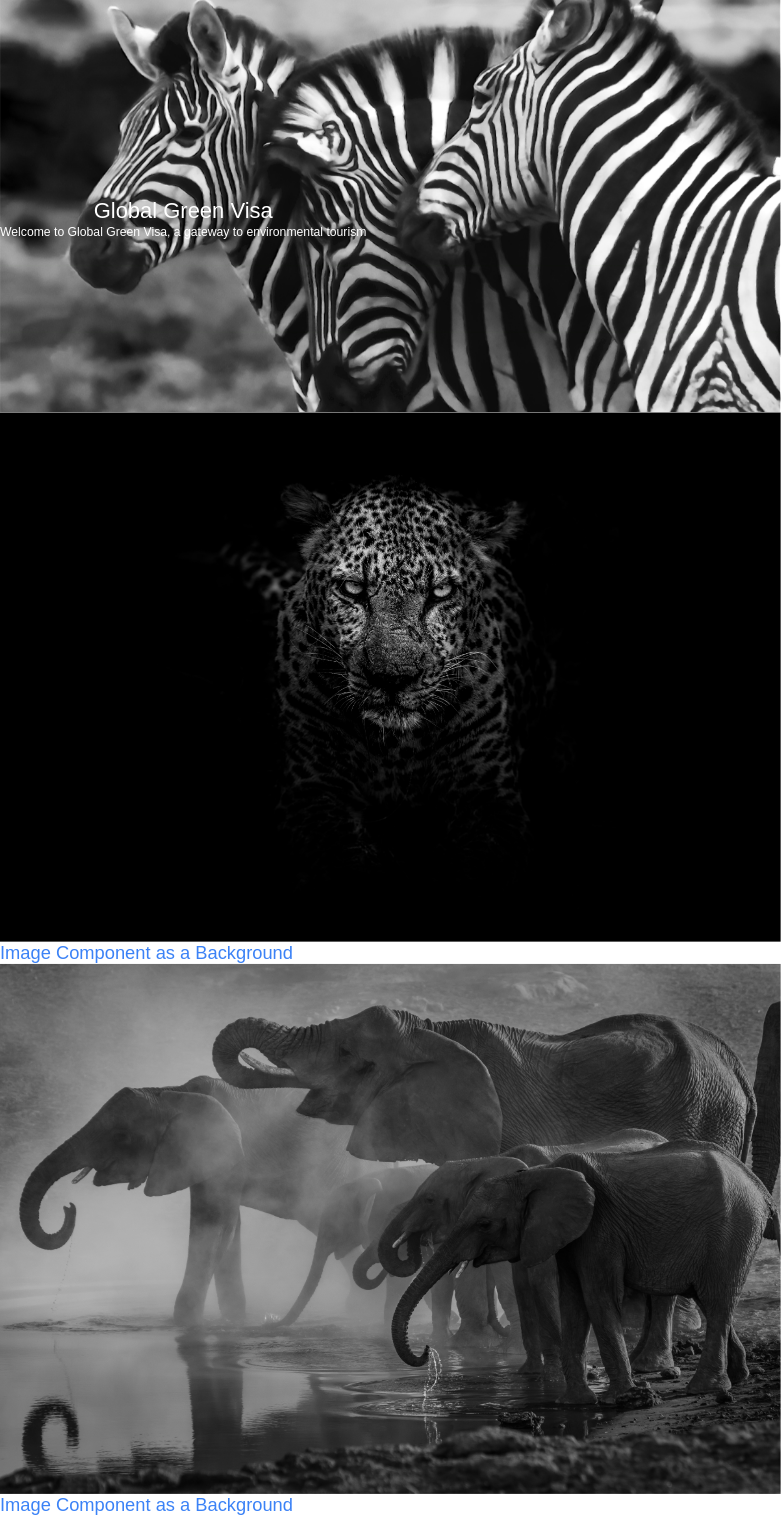
Repository: BrightonMboya/ggv-landingPage
Page: /
The author's editor kept a copy of each file at every save. The page is drawn from the files as they stood at one save, then again after the next save.
The browser window is 1280 px wide. The pictures show the whole page, at 61% of full size.
The project was rebuilt for these pictures with package versions that can differ from the ones it lists, and the page was loaded fresh each time. The framework's server and built-in components were replaced by stand-ins that run in the browser. Also part of the build but not shown: next.config.js.

Above is the page before, as saved 2022-06-13 20:05:22.

### pages/index.js
import React from "react";
import styles from "../styles/Home.module.css";
import HomePage from "./HomePage";
import AboutUs from "./AboutUs";
import Contactus from "./Contactus";

// const index = () => {
//   return (
//     <React.Fragment>
//       <div className={`${styles.global} ${styles.container}`}>
//         <section className={`${styles.section}`}>
//           <HomePage />
//         </section>
//         <section className={`${styles.section}`}>
//           <AboutUs />
//         </section>
//         <section className={`${styles.section} ${styles.three}`}>
//           <Contactus />
//         </section>
//       </div>
//     </React.Fragment>
//   );
// };

const index = () => {
  return (
    <React.Fragment>
      <div className={styles.global}>
        <div className={styles.container}>
          <section className={styles.section}>
            <HomePage />
          </section>
          <section className={styles.section}>
            <AboutUs />
          </section>
          <section className={styles.section}>
            <Contactus />
          </section>
        </div>
      </div>
    </React.Fragment>
  );
};

export default index;

### styles/Home.module.css
.global {
  margin: 0;
  padding: 0;
  box-sizing: border-box;
  font-family: sans-serif;
  /* border: 2px solid yellow; */
}
.section {
  /* height: 100vh; */
  display: flex;
  justify-content: center;
  align-items: center;
  scroll-snap-align: start;
}

.container {
  scroll-snap-type: y mandatory;
  overflow-y: scroll;
  /* height: 100vh; */
  /* border: 2px solid red; */
}

.bgWrap {
  /* position: fixed; */
  /* height: 100vh; */
  /* min-height: 80vh; */
  width: 100vw;
  overflow: hidden;
  z-index: -1;
  background-size: cover;
  -webkit-background-size: cover;
  -moz-background-size: cover;
  -moz-background-size: cover;
  background: center no-repeat;
}

.bg {
  max-width: 100%;
  position: relative;
}

/* @media and (max-width: 480px) {
} */

### pages/HomePage.js
import React from "react";
import styles from "../styles/Home.module.css";
import Image from "next/image";

const HomePage = () => {
  return (
    <div>
      <div className={`${styles.bgWrap} ${styles.bg}`}>
        <Image
          src="/home.jpg"
          layout="responsive"
          width={900}
          height={475}
          objectFit="cover"
          quality={100}
        />
      </div>

      <div className="flex flex-col items-center justify-center absolute top-0 left-0 min-h-[100vh]">
        <h2 className="text-white text-4xl">Global Green Visa</h2>
        <p className="text-white text-xl text-center">
          Welcome to Global Green Visa, a gateway to environmental tourism
        </p>
      </div>
    </div>
  );
};

export default HomePage;

### pages/AboutUs.js
import Image from "next/image";
import styles from "../styles/Home.module.css";
// import home from "./assets/home.jpg";

const AboutUs = () => {
  return (
    <div>
      <div className={styles.bgWrap}>
        <Image
          src="/about.jpg"
          layout="responsive"
          // objectFit="cover"
          quality={100}
          width={700}
          height={475}
        />
      </div>
      <p className="text-blue-500 text-3xl">Image Component as a Background</p>
    </div>
  );
};

export default AboutUs;

### pages/Contactus.js
import React from "react";
import Image from "next/image";
import styles from "../styles/Home.module.css";

const Contactus = () => {
  return (
    <div>
      <div className={styles.bgWrap}>
        <Image
          src="/contact.jpg"
          layout="responsive"
          objectFit="cover"
          quality={100}
          width={700}
          height={475}
        />
      </div>
      <p className="text-blue-500 text-3xl">Image Component as a Background</p>
    </div>
  );
};

export default Contactus;

### tailwind.config.js
module.exports = {
  content: [
    "./pages/**/*.{js,ts,jsx,tsx}",
    "./components/**/*.{js,ts,jsx,tsx}"
  ],
  theme: {
    extend: {
      colors: {
        black: "#000107",
        slate: "#E3F1EF"
      }
    }
  },
  plugins: []
};

Loaded but not shown: pages/_app.js (common file); styles/globals.css (common file)

After the next save:
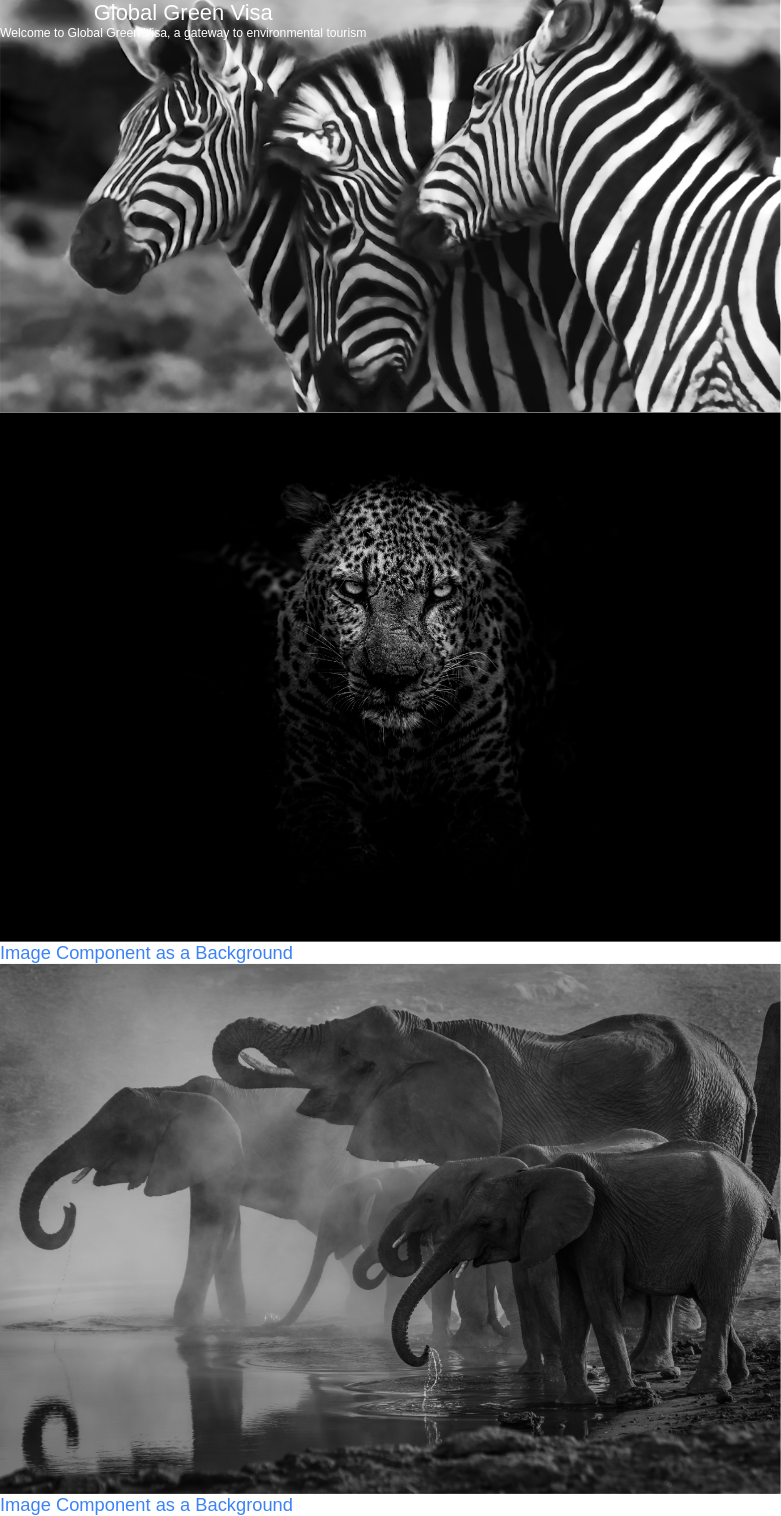
Saved 18 s later.
--- a/pages/HomePage.js
+++ b/pages/HomePage.js
@@ -16,7 +16,7 @@ const HomePage = () => {
         />
       </div>
 
-      <div className="flex flex-col items-center justify-center absolute top-0 left-0 min-h-[100vh]">
+      <div className="flex flex-col items-center justify-center absolute top-0 left-0">
         <h2 className="text-white text-4xl">Global Green Visa</h2>
         <p className="text-white text-xl text-center">
           Welcome to Global Green Visa, a gateway to environmental tourism
